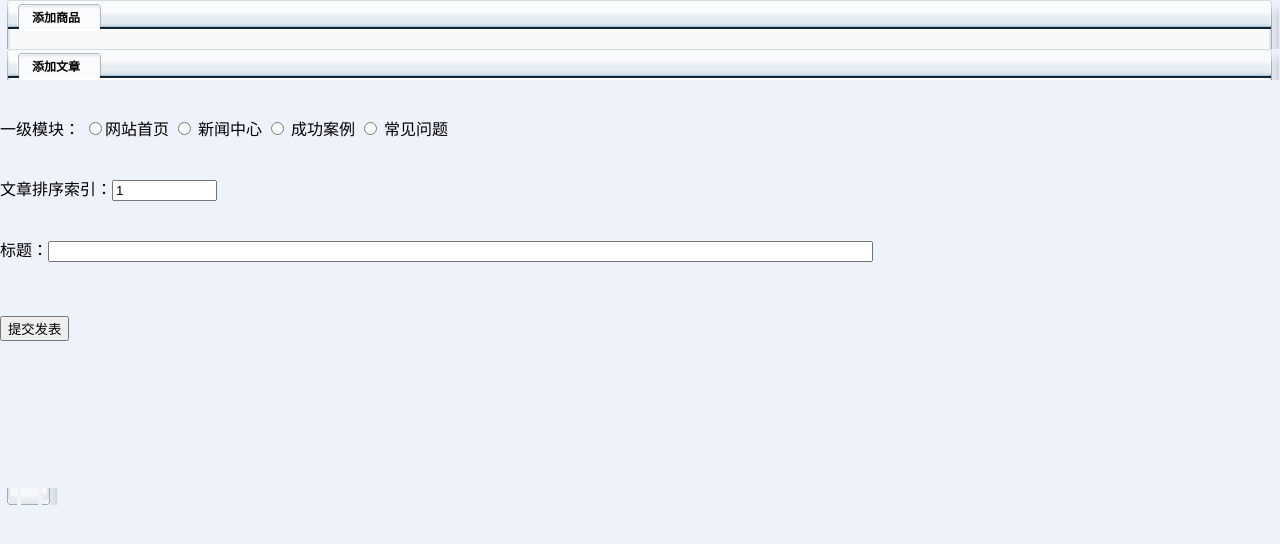
Repository: wzhcxw/shop
Page: ShopOnline/WebContent/admin/editor.html
These files come from the project's save history. The page is drawn as it stood at one moment and after the next save; the edit follows.
The browser window is 1280 px wide. The pictures show the whole page.

Above is the page before, as saved 2014-09-25 01:53:51.

### ShopOnline/WebContent/admin/editor.html
<link href="../admin/images/skin.css" rel="stylesheet" type="text/css" />
<meta http-equiv="Content-Type" content="text/html; charset=UTF-8" /><style type="text/css">
<!--
body {
margin-left: 0px;
margin-top: 0px;
margin-right: 0px;
margin-bottom: 0px;
background-color: #EEF2FB;
}
-->
</style>
<body>
<table width="100%" border="0" cellpadding="0" cellspacing="0">
<tr>
<td width="17" valign="top" background="../admin/images/mail_leftbg.gif"><img src="../admin/images/left-top-right.gif" width="17" height="29" /></td>
<td valign="top" background="../admin/images/content-bg.gif"><table width="100%" height="31" border="0" cellpadding="0" cellspacing="0" class="left_topbg" id="table2">
<tr>
<td height="31"><div class="titlebt">添加商品</div></td>
</tr>
</table></td>
<td width="16" valign="top" background="../admin/images/mail_rightbg.gif"><img src="../admin/images/nav-right-bg.gif" width="16" height="29" /></td>
</tr>
<tr>
<td valign="middle" background="../admin/images/mail_leftbg.gif">&nbsp;</td>
<td valign="top" bgcolor="#F7F8F9">&nbsp;</td>
<td background="../admin/images/mail_rightbg.gif">&nbsp;</td>
</tr>


<head>
	<meta charset="utf-8">
	<script src="../admin/js/ckeditor.js"></script>
	<script  src="../js/jquery-1.7.2.min.js"></script>
	<script  src="../js/jsbase64.js"></script>
	<script  src = "../js/json.js"></script>


	<script>
		var editor, html = '';
		function createEditor() {
			if ( editor ){
				return;
			}

			var config = {};
			editor = CKEDITOR.appendTo( 'editor', config, html );
			pase();
		}

		var editor11 = CKEDITOR.instances.editor;

		function postss(){
			var seconduiid = $("input[name='seconduiid']:checked").val();

			var uiid = $("input[name='whichpage']:checked").val();
	        var titleValue =document.getElementById("title").value;
	        var sortvalue =	document.getElementById("sort").value;
	        var base64 = new Base64();
	        var srccontent = base64.encode(editor.getData());
	        srccontent = srccontent.replace('+', '_');
	        srccontent = srccontent.replace('/', '-');

			var jsonStr = {seconduiid:seconduiid,sort:sortvalue,uiid:uiid,title:titleValue,content:srccontent};
			jsonStr = JSON.stringify(jsonStr);

			var  urll = "";
			if(document.getElementById("button").style.display == 'block'){
				urll = "./news/addnews.do";

			}else{

				urll = "./news/updatanews.do";
			}

		    $.post(urll,jsonStr,
		    function(data){
		      if(data.flag == "0"){
		      	alert(data.message);
		      	document.getElementById("button").style.display="block";
				document.getElementById("buttongengxin").style.display="none";

		      }

		    });

		}

		function urlpser(url){
			url = decodeURIComponent(url);

			var index = url.indexOf("?");
			if(index > 0){
				var jsonstr = url.substr(index+1);

				var news = JSON.parse(jsonstr);
				if(news.title!== null && news.title!=""){
					init(news);


				}
				document.getElementById("button").style.display="none";
				document.getElementById("buttongengxin").style.display="block";
			}
			else{
				document.getElementById("button").style.display="block";
				document.getElementById("buttongengxin").style.display="none";

			}



		}
		function init(news){
			var jsonStr = {seconduiid:"d",sort:"d",uiid:"d",title:news.title,content:"d"};
			jsonStr = JSON.stringify(jsonStr);
			$.post("./news/getnewsbytitle.do",jsonStr,
		    function(data){
		      if(data.flag == "0"){
			        var array = JSON.parse(data.datas);
					if(array.length > 0){

						document.getElementById("title").value = array[0].title;
						document.getElementById("sort").value = array[0].sort;
				        var base64 = new Base64();
				        var srccontent = array[0].content;

				        srccontent = srccontent.replace('_', '+');
	        			srccontent = srccontent.replace('-', '/');
	        			var srccontent = base64.decode(srccontent);

	        			editor.setData( srccontent );
					}
		      }

		    });


		}


		function pase(){
			urlpser(this.location.href);
		}

	</script>
</head>

<body bgcolor="#F7F8F9" id= mainbody onload ="createEditor()" >

<table width="100%" border="0" cellpadding="0" cellspacing="0">
  <tr>
    <td width="17" valign="top" background="../admin/images/mail_leftbg.gif"><img src="../admin/images/left-top-right.gif" width="17" height="29" /></td>
    <td valign="top" background="../admin/images/content-bg.gif"><table width="100%" height="31" border="0" cellpadding="0" cellspacing="0" class="left_topbg" id="table2">
      <tr>
        <td height="31"><div class="titlebt">添加文章</div></td>
      </tr>
    </table></td>
    <td width="16" valign="top" background="../admin/images/mail_rightbg.gif"><img src="../admin/images/nav-right-bg.gif" width="16" height="29" /></td>
</table>

 	<br>
	<br>
	一级模块：
	<input type="radio" onclick="writeSecondMod(this)" name="whichpage" value="home" />网站首页
	<input type="radio" onclick="writeSecondMod(this)" name="whichpage" value="news" /> 新闻中心
	<input type="radio" onclick="writeSecondMod(this)" name="whichpage" value="sucessexample" /> 成功案例
	<input type="radio" onclick="writeSecondMod(this)" name="whichpage" value="ofquestion" /> 常见问题
	<br/>

	<script type="text/javascript">

		function writeSecondMod(obj){
		if(obj.value == 'home')
   			document.getElementById("secondmod").innerHTML = '<body id = "secondemodd">二级模块：<input type="radio" name="seconduiid" value="newss" />新闻中心<input type="radio" name="seconduiid" value="sucessexamples" />成功案例</body>';
		else
			document.getElementById('secondmod').innerHTML = "";
		}
	</script>
	<div id="secondmod"> </div>
		<br/>
		文章排序索引：<input id="sort" value="1" size="10" type="text"><br>
	<br>
	<br/>
		标题：<input id="title"  size="100" type="text"><br>
	<br>
	<br>
		<div id="editor">
		</div><br>
	<!-- This div will hold the editor. -->

		<button size="20" type=hidden onclick="postss()" id="button">提交发表</button>
		<button size="20" type=hidden onclick="postss()" id="buttongengxin">提交更新</button>
	<br>
	<br>
	<br>
	<br/>
	<br/>
	<br/>
	<br>
	<h1></h1>


</body>



<tr>
<td valign="bottom" background="../admin/images/mail_leftbg.gif"><img src="../admin/images/buttom_left2.gif" width="17" height="17" /></td>
<td background="../admin/images/buttom_bgs.gif"><img src="../admin/images/buttom_bgs.gif" width="17" height="17"></td>
<td valign="bottom" background="../admin/images/mail_rightbg.gif"><img src="../admin/images/buttom_right2.gif" width="16" height="17" /></td>
</tr>
</table>
</body>

### ShopOnline/WebContent/js/jsbase64.js
/**
 * base64 de   en,
 */

function Base64() {

    // private property
    _keyStr = "ABCDEFGHIJKLMNOPQRSTUVWXYZabcdefghijklmnopqrstuvwxyz0123456789+/=";

    // public method for encoding
    this.encode = function (input) {
        var output = "";
        var chr1, chr2, chr3, enc1, enc2, enc3, enc4;
        var i = 0;
        input = _utf8_encode(input);
        while (i < input.length) {
            chr1 = input.charCodeAt(i++);
            chr2 = input.charCodeAt(i++);
            chr3 = input.charCodeAt(i++);
            enc1 = chr1 >> 2;
            enc2 = ((chr1 & 3) << 4) | (chr2 >> 4);
            enc3 = ((chr2 & 15) << 2) | (chr3 >> 6);
            enc4 = chr3 & 63;
            if (isNaN(chr2)) {
                enc3 = enc4 = 64;
            } else if (isNaN(chr3)) {
                enc4 = 64;
            }
            output = output +
            _keyStr.charAt(enc1) + _keyStr.charAt(enc2) +
            _keyStr.charAt(enc3) + _keyStr.charAt(enc4);
        }

        return output;
    }

    // public method for decoding
    this.decode = function (input) {
        var output = "";
        var chr1, chr2, chr3;
        var enc1, enc2, enc3, enc4;
        var i = 0;
        input = input.replace(/[^A-Za-z0-9\+\/\=]/g, "");
        while (i < input.length) {
            enc1 = _keyStr.indexOf(input.charAt(i++));
            enc2 = _keyStr.indexOf(input.charAt(i++));
            enc3 = _keyStr.indexOf(input.charAt(i++));
            enc4 = _keyStr.indexOf(input.charAt(i++));
            chr1 = (enc1 << 2) | (enc2 >> 4);
            chr2 = ((enc2 & 15) << 4) | (enc3 >> 2);
            chr3 = ((enc3 & 3) << 6) | enc4;
            output = output + String.fromCharCode(chr1);
            if (enc3 != 64) {
                output = output + String.fromCharCode(chr2);
            }
            if (enc4 != 64) {
                output = output + String.fromCharCode(chr3);
            }
        }
        output = _utf8_decode(output);
        return output;
    }

    // private method for UTF-8 encoding
    _utf8_encode = function (string) {
        string = string.replace(/\r\n/g,"\n");
        var utftext = "";
        for (var n = 0; n < string.length; n++) {
            var c = string.charCodeAt(n);
            if (c < 128) {
                utftext += String.fromCharCode(c);
            } else if((c > 127) && (c < 2048)) {
                utftext += String.fromCharCode((c >> 6) | 192);
                utftext += String.fromCharCode((c & 63) | 128);
            } else {
                utftext += String.fromCharCode((c >> 12) | 224);
                utftext += String.fromCharCode(((c >> 6) & 63) | 128);
                utftext += String.fromCharCode((c & 63) | 128);
            }

        }
        return utftext;
    }

    // private method for UTF-8 decoding
    _utf8_decode = function (utftext) {
        var string = "";
        var i = 0;
        var c = c1 = c2 = 0;
        while ( i < utftext.length ) {
            c = utftext.charCodeAt(i);
            if (c < 128) {
                string += String.fromCharCode(c);
                i++;
            } else if((c > 191) && (c < 224)) {
                c2 = utftext.charCodeAt(i+1);
                string += String.fromCharCode(((c & 31) << 6) | (c2 & 63));
                i += 2;
            } else {
                c2 = utftext.charCodeAt(i+1);
                c3 = utftext.charCodeAt(i+2);
                string += String.fromCharCode(((c & 15) << 12) | ((c2 & 63) << 6) | (c3 & 63));
                i += 3;
            }
        }
        return string;
    }
}

Loaded but not shown: ShopOnline/WebContent/admin/images/skin.css (common file); ShopOnline/WebContent/admin/js/ckeditor.js (library); ShopOnline/WebContent/js/jquery-1.7.2.min.js (library); ShopOnline/WebContent/admin/js/config.js (common file); ShopOnline/WebContent/js/json.js (493 lines, source omitted)

After the next save:
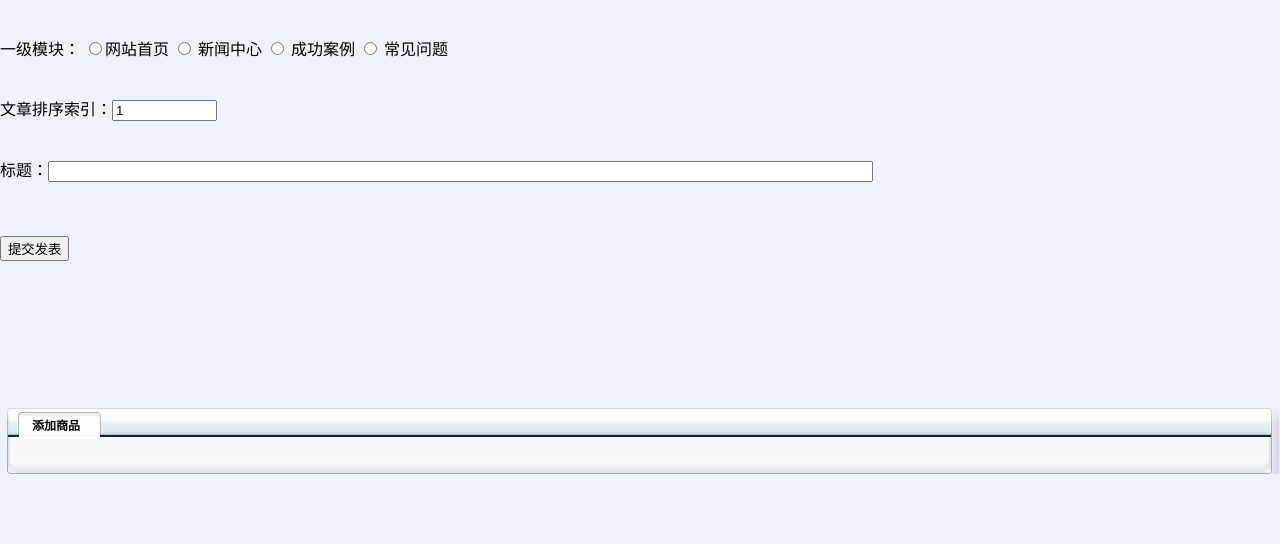
Saved 2 min 26 s later.
--- a/ShopOnline/WebContent/admin/editor.html
+++ b/ShopOnline/WebContent/admin/editor.html
@@ -148,17 +148,6 @@ background-color: #EEF2FB;
 
 <body bgcolor="#F7F8F9" id= mainbody onload ="createEditor()" >
 
-<table width="100%" border="0" cellpadding="0" cellspacing="0">
-  <tr>
-    <td width="17" valign="top" background="../admin/images/mail_leftbg.gif"><img src="../admin/images/left-top-right.gif" width="17" height="29" /></td>
-    <td valign="top" background="../admin/images/content-bg.gif"><table width="100%" height="31" border="0" cellpadding="0" cellspacing="0" class="left_topbg" id="table2">
-      <tr>
-        <td height="31"><div class="titlebt">添加文章</div></td>
-      </tr>
-    </table></td>
-    <td width="16" valign="top" background="../admin/images/mail_rightbg.gif"><img src="../admin/images/nav-right-bg.gif" width="16" height="29" /></td>
-</table>
-
  	<br>
 	<br>
 	一级模块：
